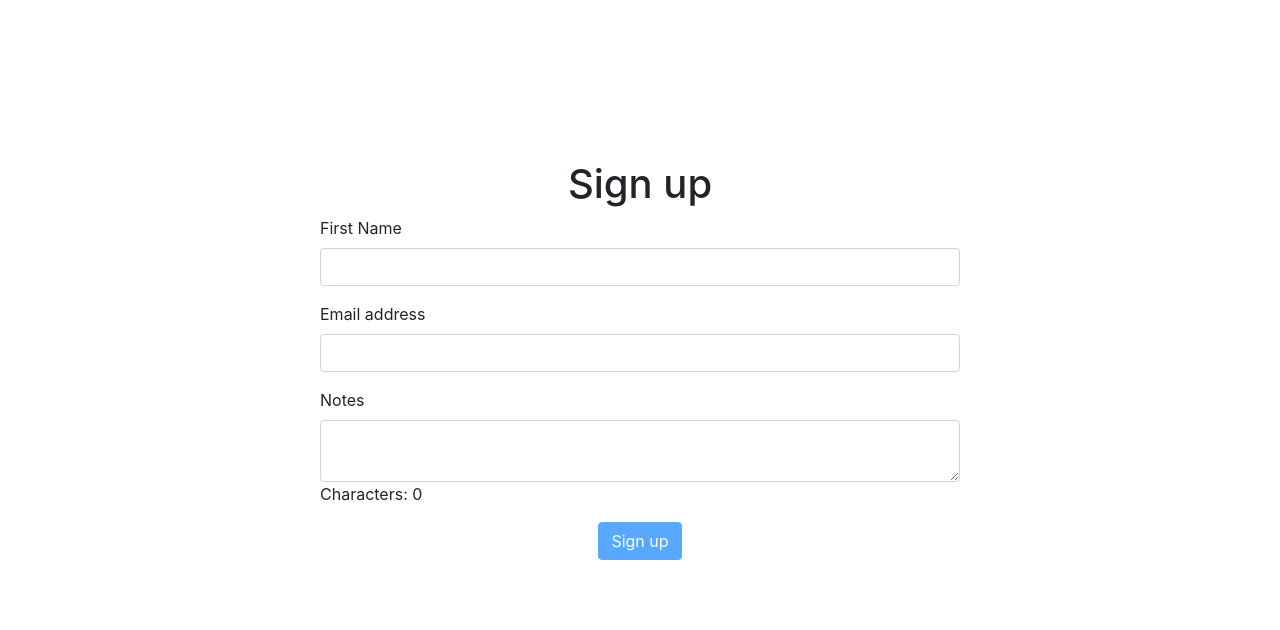
Repository: jklodge/react-form
Page: / (app in adzuna-form/)
An editor plug-in stored every save of this project. The page is shown before and after the next save, followed by the edit.
The browser window is 1280 px wide. The pictures show the whole page.
The project was rebuilt for these pictures with package versions that can differ from the ones it lists, and the page was loaded fresh each time. Also part of the build but not shown: adzuna-form/src/Components/SuccessPage.js.

Above is the page before, as saved 2020-01-09 13:53:06.

### adzuna-form/src/App.js
import React from "react";
import "bootstrap/dist/css/bootstrap.css";
// import "bootstrap/dist/css/bootstrap-theme.css";
import "./App.css";
import Form from "./Components/Form.js";

function App() {
  return (
    <div className="App">
      <main>
        <Form />
      </main>
    </div>
  );
}

export default App;

### adzuna-form/src/Components/Form.js
import React, { Component } from "react";
import "./Form.scss";
import { SuccessPage } from "./SuccessPage";
class Form extends Component {
  state = {
    email: "",
    name: "",
    notes: "",
    errorValidation: { email: "", name: "", notes: "" },
    emailValid: false,
    nameValid: false,
    notesValid: false,
    formValid: false,
    isSubmitted: false
  };

  //manage user input change and set value to state of input name
  handleChange = e => {
    const value = e.target.value;
    this.setState({
      ...this.state,
      [e.target.name]: value
    });
  };

  //Check inputs are valid against the conditions and then set these to the
  //errorValidation object. Set whether inputs are valid to state
  checkInput = e => {
    const value = e.target.value;
    const name = e.target.name;

    let inputValidationErrors = this.state.errorValidation;
    let emailValid = this.state.emailValid;
    let nameValid = this.state.nameValid;
    let notesValid = this.state.notesValid;

    switch (name) {
      case "email":
        if (value.match(/^([\w.%+-]+)@([\w-]+\.)+([\w]{2,})$/i))
          emailValid = true;
        inputValidationErrors.email = emailValid ? "" : " is invalid";
        break;
      case "name":
        nameValid = value.length >= 1;
        inputValidationErrors.name = nameValid ? "" : " is too short";
        break;
      case "notes":
        notesValid = value.length >= 20;
        inputValidationErrors.notes = notesValid ? "" : " is too short";
        break;
      default:
        break;
    }
    this.setState(
      {
        errorValidation: inputValidationErrors,
        emailValid: emailValid,
        nameValid: nameValid,
        notesValid: notesValid
      },
      this.checkFormValidation
    );
  };

  //Validate whether form is valid by checking all state inputs are true
  checkFormValidation = () => {
    this.setState({
      formValid:
        this.state.emailValid && this.state.nameValid && this.state.notesValid
    });
  };

  //Handle the submission of the form add prevent default and
  handleSubmit = e => {
    e.preventDefault();
    if (this.state.formValid) this.setState({ isSubmitted: true });
  };

  render() {
    return (
      <div className="adzuna-form">
        {!this.state.isSubmitted && (
          <form onSubmit={this.handleSubmit} className="form-container">
            <h1>Sign up</h1>
            <div className={`form-group `}>
              <label htmlFor="text">First Name</label>
              <input
                type="text"
                className={`form-control ${
                  this.state.errorValidation.name
                    ? "is-invalid"
                    : this.state.nameValid
                    ? "is-valid"
                    : ""
                }`}
                name="name"
                value={this.state.name}
                onChange={this.handleChange}
                onBlur={this.checkInput}
                required
              />
            </div>
            <p>
              {this.state.errorValidation.name
                ? "This name needs to be more than one character"
                : ""}
            </p>

            <div className={`form-group `}>
              <label htmlFor="email">Email address</label>
              <input
                type="email"
                className={`form-control ${
                  this.state.errorValidation.email
                    ? "is-invalid"
                    : this.state.emailValid
                    ? "is-valid"
                    : ""
                }`}
                name="email"
                value={this.state.email}
                onChange={this.handleChange}
                onBlur={this.checkInput}
                required
              />
              <p>
                {this.state.errorValidation.email
                  ? "This email is not recognised"
                  : ""}
              </p>
            </div>
            <div className={`form-group `}>
              <label htmlFor="comment">Notes</label>
              <textarea
                type="text"
                className={`form-control ${
                  this.state.errorValidation.notes
                    ? "is-invalid"
                    : this.state.notesValid
                    ? "is-valid"
                    : ""
                }`}
                name="notes"
                value={this.state.notes}
                onChange={this.handleChange}
                onBlur={this.checkInput}
                required
              />
              <span>Characters: </span>
              <span>{this.state.notes.length}</span>
              <p>
                {this.state.errorValidation.notes
                  ? "Needs to be more than 20 characters"
                  : ""}
              </p>
            </div>
            <button
              type="submit"
              className="btn btn-primary"
              disabled={!this.state.formValid}
            >
              Sign up
            </button>
          </form>
        )}
        {this.state.isSubmitted && <SuccessPage name={this.state.name} />}
      </div>
    );
  }
}
export default Form;

### adzuna-form/src/Components/Form.scss
.adzuna-form {
  align-items: center;
  display: flex;
  flex-direction: column;
  height: 100vh;
  justify-content: center;

  .form-container {
    width: 50%;
  }

  .form-group {
    text-align: left;

    p {
      text-align: center;
    }
  }
  .form {
    margin: 20px;
  }

  .is-invalid {
    border-color: #dc3545;
  }
}

Loaded but not shown: adzuna-form/public/index.html (common file); adzuna-form/src/index.js (common file); adzuna-form/src/index.css (common file); adzuna-form/src/serviceWorker.js (common file); adzuna-form/src/App.css (common file)

After the next save:
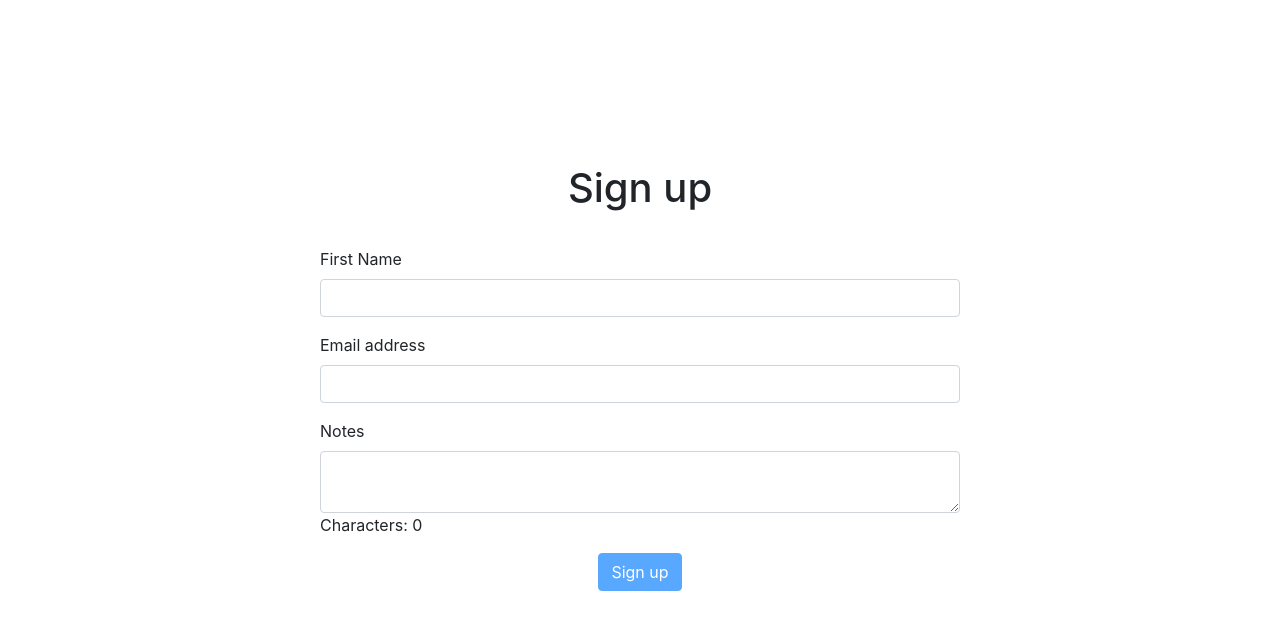
Saved 54 s later.
--- a/adzuna-form/src/Components/Form.scss
+++ b/adzuna-form/src/Components/Form.scss
@@ -4,6 +4,10 @@
   flex-direction: column;
   height: 100vh;
   justify-content: center;
+
+  h1 {
+    margin: 35px 0;
+  }
 
   .form-container {
     width: 50%;
